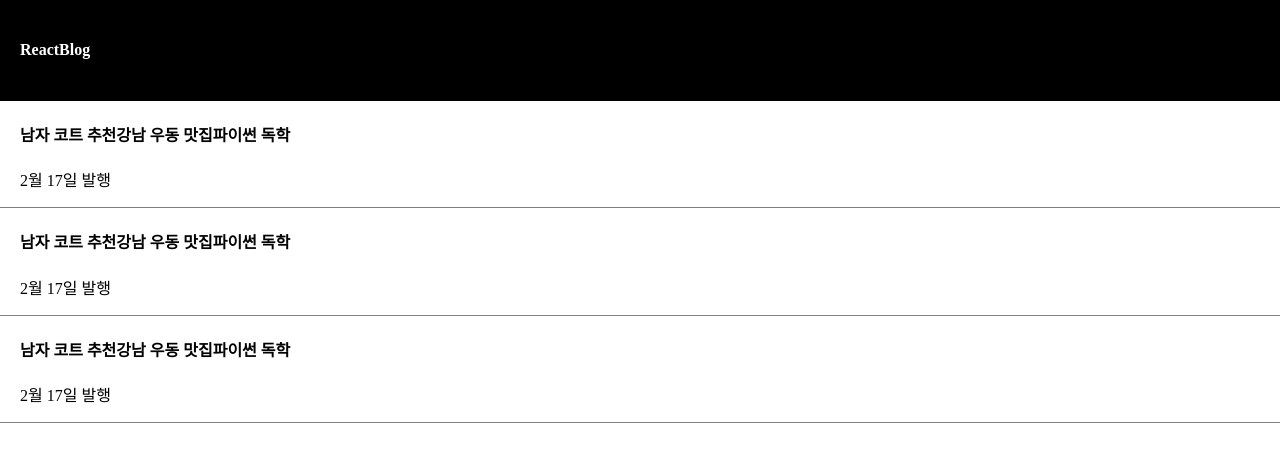
Repository: thinkseaweave/applecoding
Page: /
An editor plug-in stored every save of this project. The page is shown before and after the next save, followed by the edit.
The browser window is 1280 px wide. The pictures show the whole page.
The project was rebuilt for these pictures with package versions that can differ from the ones it lists, and the page was loaded fresh each time. Also part of the build but not shown: vite.config.js, src/index.css.

Above is the page before, as saved 2025-01-26 14:16:14.

### src/App.jsx
import { useState } from "react";
import "./App.css";

function App() {
  const post = "강남 우동 맛집";
  let [글제목, b] = useState([
    "남자 코트 추천",
    "강남 우동 맛집",
    "파이썬 독학",
  ]);

  return (
    <div className="App">
      <div className="black-nav">
        <h4>ReactBlog</h4>
      </div>
      <div className="list">
        <h4>{글제목}</h4>
        <p> 2월 17일 발행</p>
      </div>
      <div className="list">
        <h4>{글제목}</h4>
        <p> 2월 17일 발행</p>
      </div>
      <div className="list">
        <h4>{글제목}</h4>
        <p> 2월 17일 발행</p>
      </div>
      {/* <h4 style={{ color: "blue", fontSize: "30px" }}>{post}</h4> */}
    </div>
  );
}

export default App;

### src/App.css
body {
  margin: 0;
}

div {
  box-sizing: border-box;
}
.list {
  text-align: left;
  padding-left: 20px;
  border-bottom: 1px solid grey;
}

.black-nav {
  background: black;
  width: 100%;
  display: flex;
  color: white;
  padding: 20px;
}

Loaded but not shown: index.html (common file); src/main.jsx (common file)

After the next save:
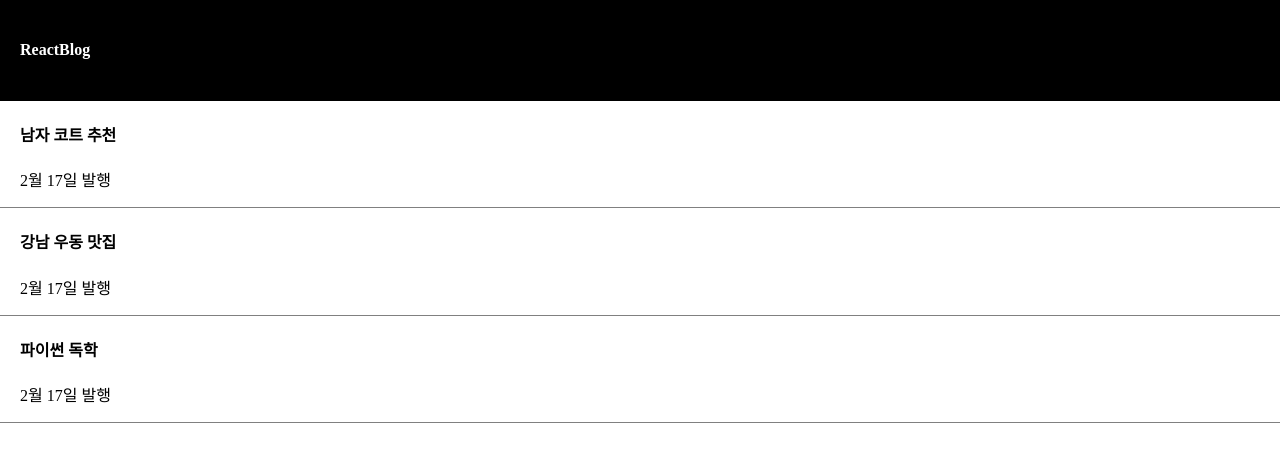
Saved 74 s later.
--- a/src/App.jsx
+++ b/src/App.jsx
@@ -15,15 +15,15 @@ function App() {
         <h4>ReactBlog</h4>
       </div>
       <div className="list">
-        <h4>{글제목}</h4>
+        <h4>{글제목[0]}</h4>
         <p> 2월 17일 발행</p>
       </div>
       <div className="list">
-        <h4>{글제목}</h4>
+        <h4>{글제목[1]}</h4>
         <p> 2월 17일 발행</p>
       </div>
       <div className="list">
-        <h4>{글제목}</h4>
+        <h4>{글제목[2]}</h4>
         <p> 2월 17일 발행</p>
       </div>
       {/* <h4 style={{ color: "blue", fontSize: "30px" }}>{post}</h4> */}
